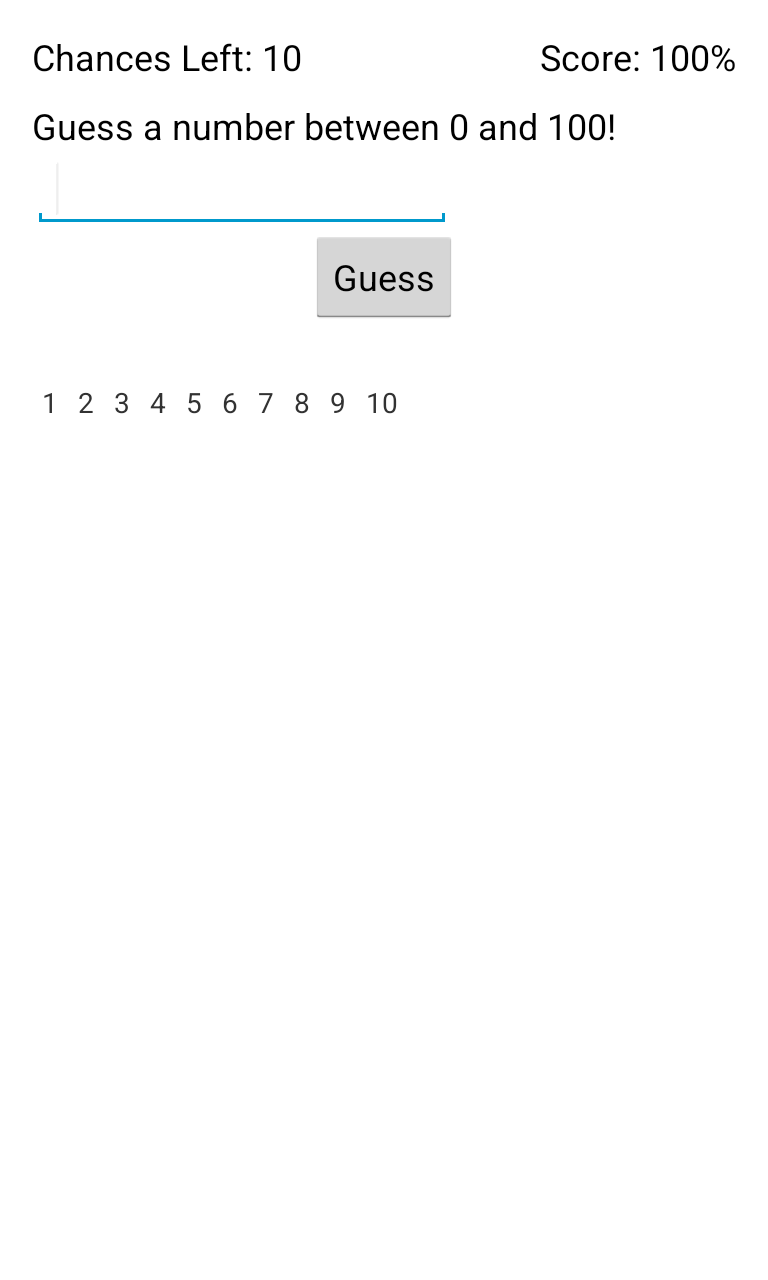
Repository: lethe13/AndroidProgramming
Layout: COMP304-Group1-MicroProject5/res/layout/activity_graphical_guessing_game.xml
The author's editor kept a copy of each file at every save. The layout is drawn from the files as they stood at one save, then again after the next save.
It is drawn on a 768 x 1280 px phone screen (xhdpi) without system bars, with theme AppTheme; the app's code is not run.

Above is the layout before, as saved 2015-11-16 00:54:43.

### COMP304-Group1-MicroProject5/res/layout/activity_graphical_guessing_game.xml
<RelativeLayout xmlns:android="http://schemas.android.com/apk/res/android"
    xmlns:tools="http://schemas.android.com/tools"
    android:layout_width="match_parent"
    android:layout_height="match_parent"
    android:paddingBottom="@dimen/activity_vertical_margin"
    android:paddingLeft="@dimen/activity_horizontal_margin"
    android:paddingRight="@dimen/activity_horizontal_margin"
    android:paddingTop="@dimen/activity_vertical_margin"
    tools:context="com.example.comp304_group1_microproject5.GraphicalGuessingGame" >

     <TextView
        android:id="@+id/lblChance"
        android:layout_width="wrap_content"
        android:layout_height="wrap_content"
        android:text="Chances Left: 10"
        android:textAppearance="?android:attr/textAppearanceMedium" />

     <TextView
        android:id="@+id/lblScore"
        android:layout_width="wrap_content"
        android:layout_height="wrap_content"
        android:text="Score: 100%"
        android:layout_alignParentRight="true"
        android:textAppearance="?android:attr/textAppearanceMedium" />

    <TextView
        android:id="@+id/lblInput"
        android:layout_width="wrap_content"
        android:layout_height="wrap_content"
        android:layout_marginTop="10dp"
        android:layout_below="@+id/lblChance"
        android:text="Guess a number between 0 and 100!"
        android:textAppearance="?android:attr/textAppearanceMedium" />

    <EditText
        android:id="@+id/txtInput"
        android:layout_width="wrap_content"
        android:layout_height="wrap_content"
        android:layout_below="@+id/lblInput"
        android:inputType="number"
        android:ems="10" >

        <requestFocus />
    </EditText>

   <Button
        android:id="@+id/btnGo"
        android:layout_width="wrap_content"
        android:layout_height="wrap_content"
        android:layout_centerHorizontal="true"
        android:layout_below="@+id/txtInput"
        android:text="Guess" />

    <TextView
       android:id="@+id/lblMessage"
       android:layout_width="wrap_content"
       android:layout_height="wrap_content"
       android:layout_marginTop="10dp"
       android:layout_below="@+id/btnGo"
       android:text="" />

    <TableLayout
        android:id="@+id/tblGame"
        android:layout_width="wrap_content"
        android:layout_height="wrap_content"
        android:layout_centerVertical="true"
        android:layout_below="@+id/lblMessage" >

        <TableRow
            android:id="@+id/tableRow1"
            android:layout_width="wrap_content"
            android:layout_height="wrap_content" >

            <TextView android:id="@+id/tv1"
		       android:layout_width="wrap_content"
		       android:layout_height="wrap_content"
		       android:paddingLeft="5dp"
		       android:paddingRight="5dp"
		       android:text="1" />

            <TextView android:id="@+id/tv2"
		       android:layout_width="wrap_content"
		       android:layout_height="wrap_content"
		       android:paddingLeft="5dp"
		       android:paddingRight="5dp"
		       android:text="2" />

            <TextView android:id="@+id/tv3"
		       android:layout_width="wrap_content"
		       android:layout_height="wrap_content"
		       android:paddingLeft="5dp"
		       android:paddingRight="5dp"
		       android:text="3" />

            <TextView android:id="@+id/tv4"
		       android:layout_width="wrap_content"
		       android:layout_height="wrap_content"
		       android:paddingLeft="5dp"
		       android:paddingRight="5dp"
		       android:text="4" />

            <TextView android:id="@+id/tv5"
		       android:layout_width="wrap_content"
		       android:layout_height="wrap_content"
		       android:paddingLeft="5dp"
		       android:paddingRight="5dp"
		       android:text="5" />

            <TextView android:id="@+id/tv6"
		       android:layout_width="wrap_content"
		       android:layout_height="wrap_content"
		       android:paddingLeft="5dp"
		       android:paddingRight="5dp"
		       android:text="6" />

            <TextView android:id="@+id/tv7"
		       android:layout_width="wrap_content"
		       android:layout_height="wrap_content"
		       android:paddingLeft="5dp"
		       android:paddingRight="5dp"
		       android:text="7" />

            <TextView android:id="@+id/tv8"
		       android:layout_width="wrap_content"
		       android:layout_height="wrap_content"
		       android:paddingLeft="5dp"
		       android:paddingRight="5dp"
		       android:text="8" />

            <TextView android:id="@+id/tv9"
		       android:layout_width="wrap_content"
		       android:layout_height="wrap_content"
		       android:paddingLeft="5dp"
		       android:paddingRight="5dp"
		       android:text="9" />

            <TextView android:id="@+id/tv10"
		       android:layout_width="wrap_content"
		       android:layout_height="wrap_content"
		       android:paddingLeft="5dp"
		       android:paddingRight="5dp"
		       android:text="10" />
        </TableRow>

    </TableLayout>

    <LinearLayout
        android:id="@+id/drawarea"
        android:layout_width="wrap_content"
        android:layout_height="wrap_content"
        android:layout_below="@+id/tblGame"
        android:orientation="vertical" >
    </LinearLayout>

</RelativeLayout>

Loaded but not shown: COMP304-Group1-MicroProject5/res/values/styles.xml (common file); COMP304-Group1-MicroProject5/res/values-v11/styles.xml (common file); COMP304-Group1-MicroProject5/res/values-v14/styles.xml (common file); COMP304-Group1-MicroProject5/res/values/dimens.xml (common file); COMP304-Group1-MicroProject5/res/values-w820dp/dimens.xml (common file)

After the next save:
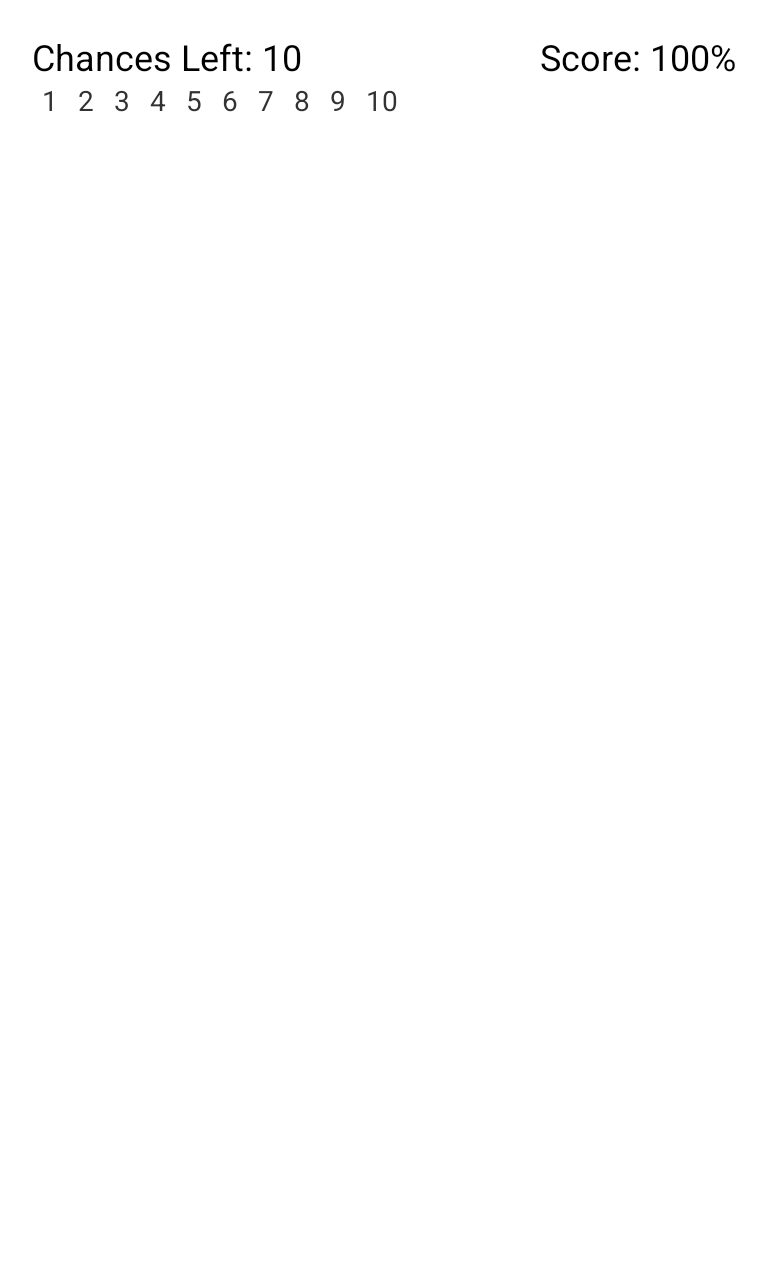
Saved 15 h 59 min later.
--- a/COMP304-Group1-MicroProject5/res/layout/activity_graphical_guessing_game.xml
+++ b/COMP304-Group1-MicroProject5/res/layout/activity_graphical_guessing_game.xml
@@ -23,6 +23,7 @@
         android:layout_alignParentRight="true"
         android:textAppearance="?android:attr/textAppearanceMedium" />
 
+<!--
     <TextView
         android:id="@+id/lblInput"
         android:layout_width="wrap_content"
@@ -59,12 +60,14 @@
        android:layout_below="@+id/btnGo"
        android:text="" />
 
+ -->
+
     <TableLayout
         android:id="@+id/tblGame"
         android:layout_width="wrap_content"
         android:layout_height="wrap_content"
         android:layout_centerVertical="true"
-        android:layout_below="@+id/lblMessage" >
+        android:layout_below="@+id/lblChance" >
 
         <TableRow
             android:id="@+id/tableRow1"
